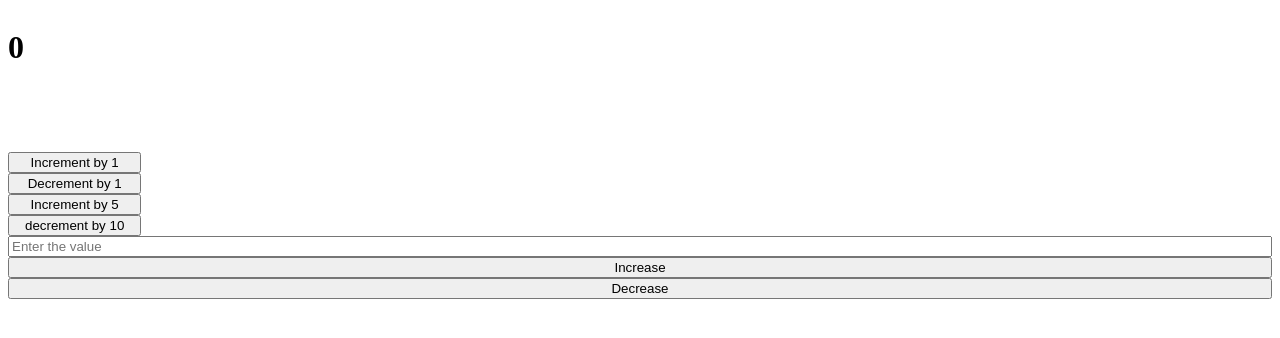
Repository: drumsmanku/micro-project-2
Page: index.html
The author's editor kept a copy of each file at every save. The page is drawn from the files as they stood at one save, then again after the next save.
The browser window is 1280 px wide. The pictures show the whole page.

Above is the page before, as saved 2023-04-07 19:34:32.

### index.html
<!DOCTYPE html>
<html lang="en">
<head>
  <meta charset="UTF-8">
  <meta http-equiv="X-UA-Compatible" content="IE=edge">
  <meta name="viewport" content="width=device-width, initial-scale=1.0">
  <link rel="stylesheet" href="style.css">
  <title>micro Project 2</title>
</head>
<body>
  <div class="my-elements">
    <h1 id="h1-tag">0</h1>
    <div class="second-part">
      <div class="second-first-part">
        <button id="clicked-1">Increment by 1</button>
        <button id="clicked-2">Decrement by 1</button>
        <button id="clicked-3">Increment by 5</button>
        <button id="clicked-4">decrement by 10</button>
      </div>
      <div class="second-second-part">
        <input type="number" name="num" id="num" placeholder="Enter the value">
        <button id="inc-dec-1">Increase</button>
        <button id="inc-dec-2">Decrease</button>
      </div>

    </div>
  </div>
</body>
</html>

### style.css
.my-elements{
  display: flex;


  flex-direction: column;
}

.second-part{
  display: flex;
  flex-direction: column;
  flex-wrap: wrap;
  margin-top: 4rem;
  justify-content: space-between;
}

.second-first-part{
  display: flex;
  flex-direction: column;
}

.second-first-part button{
  width: 10em;
}

.second-second-part{
  display: flex;
  flex-direction: column;
}

After the next save:
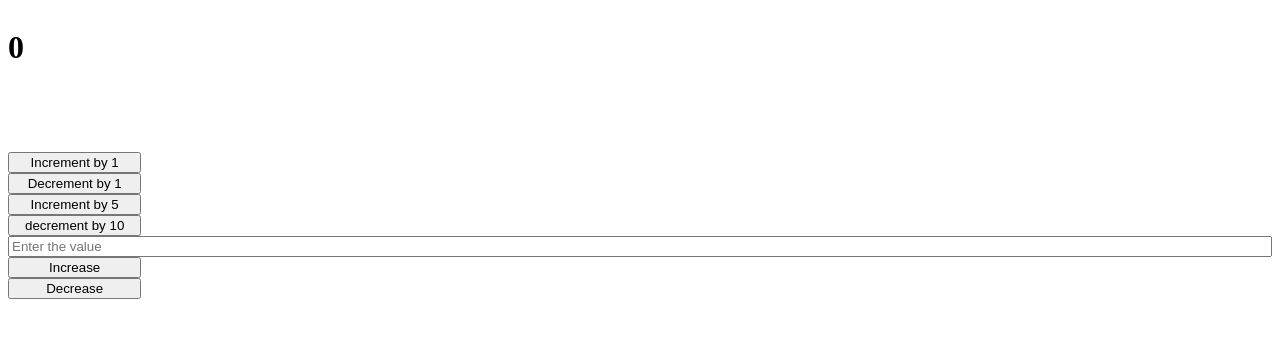
Saved 25 s later.
--- a/style.css
+++ b/style.css
@@ -26,3 +26,7 @@
   display: flex;
   flex-direction: column;
 }
+
+.second-second-part button{
+  width: 10em;
+}
